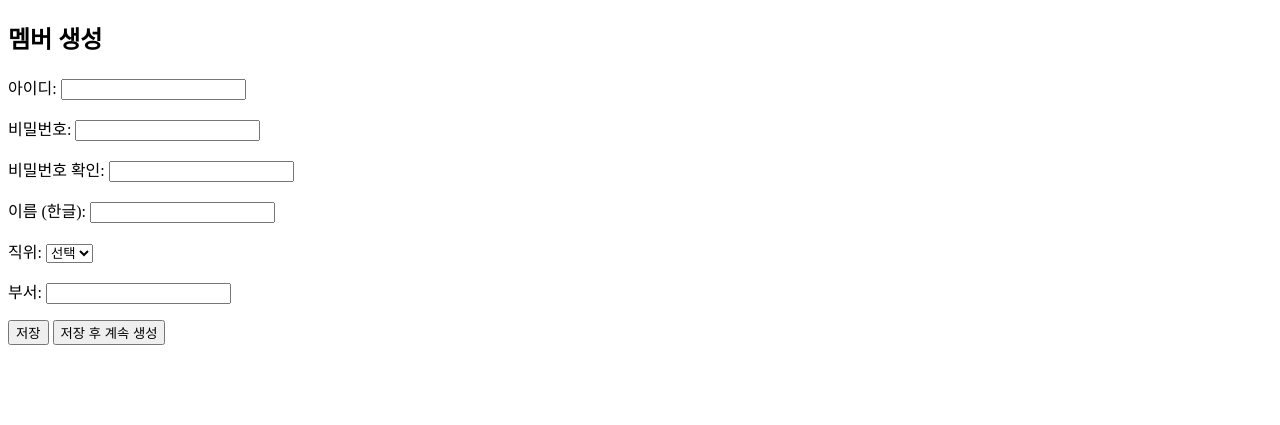
Repository: devgolol/Flow
Page: http://localhost/coretime/WEB-INF/views/userForm.jsp
These files come from the project's save history. The page is drawn as it stood at one moment and after the next save; the edit follows.
The browser window is 1280 px wide. The pictures show the whole page.
The page is served by Tomcat 9. Nobody is signed in. The template is opened directly, without the code that normally fills it, so the values that code supplies are empty.

Above is the page before, as saved 2025-06-30 05:38:19.

After the next save:
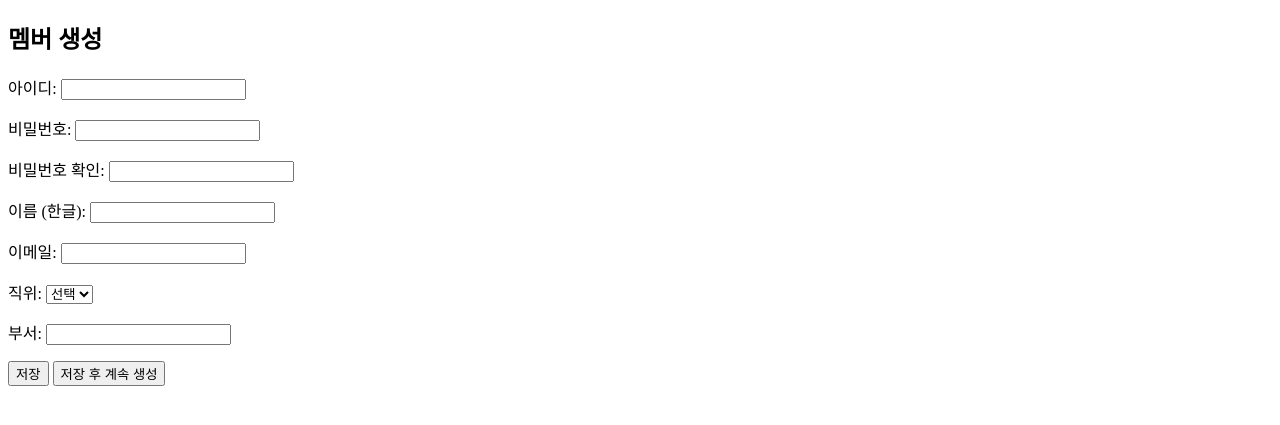
Saved 12 s later.
--- a/coretime/src/main/webapp/WEB-INF/views/userForm.jsp
+++ b/coretime/src/main/webapp/WEB-INF/views/userForm.jsp
@@ -11,11 +11,11 @@
 <body>
 <h2>멤버 생성</h2>
 <form:form modelAttribute="user" method="post" action="/users/insert">
-
     <p>아이디: <form:input path="username"/></p>
     <p>비밀번호: <form:password path="password"/></p>
     <p>비밀번호 확인: <form:password path="confirmPassword"/></p>
     <p>이름 (한글): <form:input path="name"/></p>
+    <p>이메일: <form:input path="name"/></p>
     <p>직위:
         <form:select path="position">
             <form:option value="">선택</form:option>
